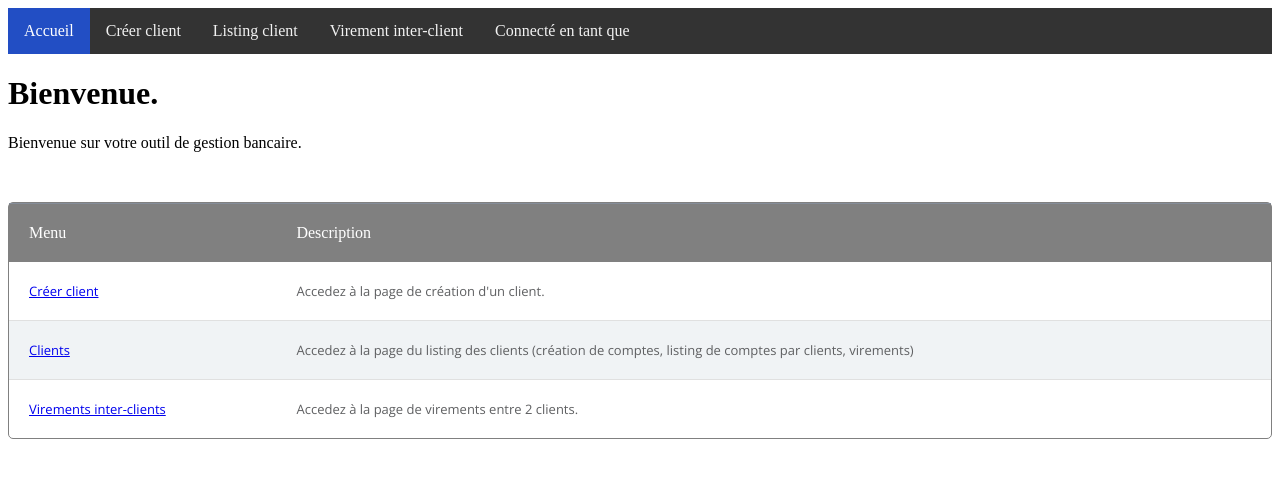
Repository: LoicAuge/Projet-Banque-Java-Spring
Page: http://localhost/banque-www/WEB-INF/views/homeClient.jsp
An editor plug-in stored every save of this project. The page is shown before and after the next save, followed by the edit.
The browser window is 1280 px wide. The pictures show the whole page.
Some web fonts or font styles are not loaded; a fallback is used. The page is served by Tomcat 9. Nobody is signed in. The template is opened directly, without the code that normally fills it, so the values that code supplies are empty.

Above is the page before, as saved 2021-01-07 16:26:05.

After the next save:
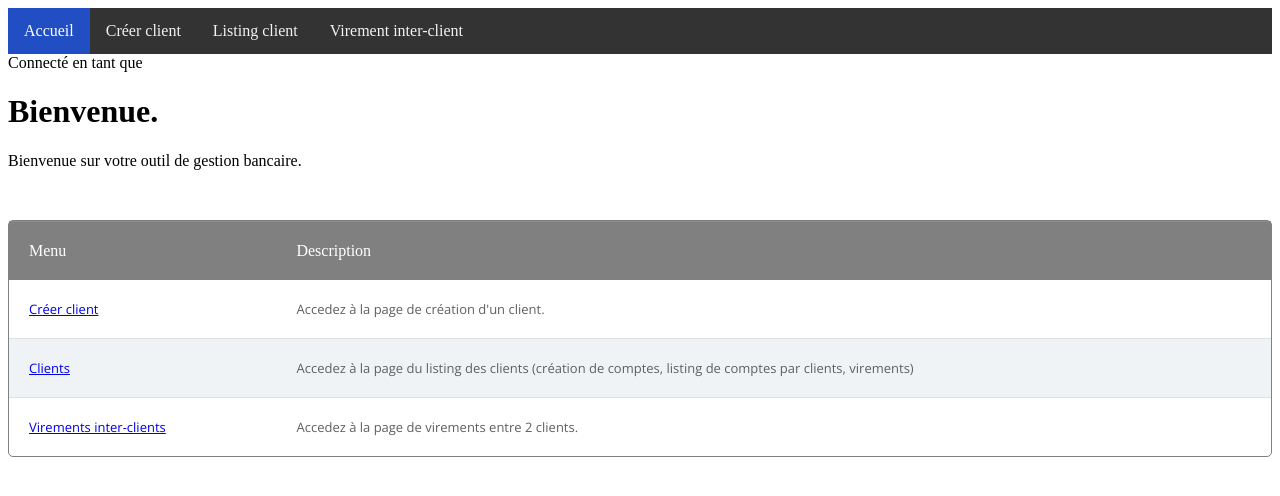
Saved 6 s later.
--- a/banque-www/src/main/webapp/WEB-INF/views/homeClient.jsp
+++ b/banque-www/src/main/webapp/WEB-INF/views/homeClient.jsp
@@ -5,8 +5,8 @@
 	<title>Home</title>
 </head>
 <body>
-<div class="topnav">
-	<div>
+<div>
+	<div  class="topnav">
 	  <a class="active" href="/banque">Accueil</a>
 	  <a href="createClient">Créer client</a>
 	  <a href="listingClient">Listing client</a>
